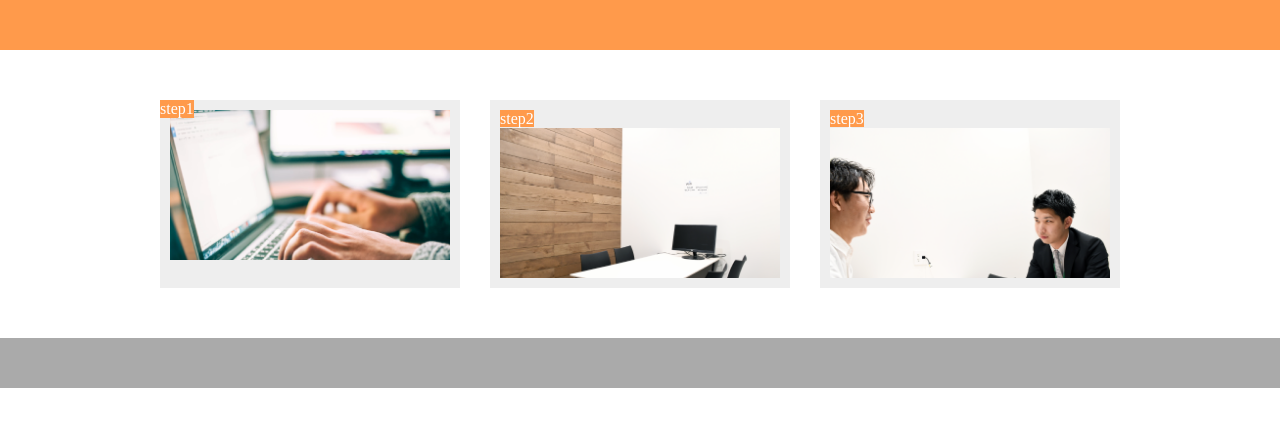
Repository: kiruha313/DWC
Page: exersise9/index.html
The author's editor kept a record of every edit. The page is drawn from the files as they stood at one moment, then again after the next edit.
The browser window is 1280 px wide. The pictures show the whole page.

Above is the page before.

### exersise9/index.html
<!DOCTYPE html>
<html lang="ja">
  <head>
    <meta charset="UTF-8" />
    <link rel="stylesheet" href="style.css" />
    <title>9</title>
  </head>

  <body>
    <header class="orange"></header>
    <main>
      <div class="step">
        <div class="step1-img"></div>
        <span class="step1">step1</span>
      </div>

      <div class="step">
        <span class="step2">step2</span>
        <div class="step2-img"></div>
      </div>

      <div class="step">
        <span class="step3">step3</span>
        <div class="step3-img"></div>
      </div>
    </main>

    <div class="gray"></div>

  </body>

</html>

### exersise9/style.css
* {
  margin: 0;
  padding: 0;
  box-sizing: border-box;
  color: #6c6b6b;
}

.orange  {
  background-color: #ff9a4b;
  width: 100%;
  height: 50px;
}

main {
  width: 960px;
  margin: 50px auto;
  display: flex;
}

.step {
  width: 300px;
  margin-right: 30px;
  padding: 10px;
  position: relative;
  background-color: #eee;
}

.step:last-child {
  margin-right: 0;
}

.step1 {
  position: absolute;
  top: 0;
  left: 0;
  color: #fff;
  background-color: #ff9a4b;
}

.step1-img {
  height: 150px;
  background-image: url(img/flow01.png);
  background-size: cover;

}

.step2 {
  color: #fff;
  background-color: #ff9a4b;
}

.step2-img {
  height: 150px;
  background-image: url(img/flow02.png);
  background-size: cover;

}

.step3 {
  color: #fff;
  background-color: #ff9a4b;
}

.step3-img {
  height: 150px;
  background-image: url(img/flow03.png);
  background-size: cover;

}

.gray {
  background-color: #aaaaaa;
  width: 100%;
  height: 50px;
}

After the next edit:
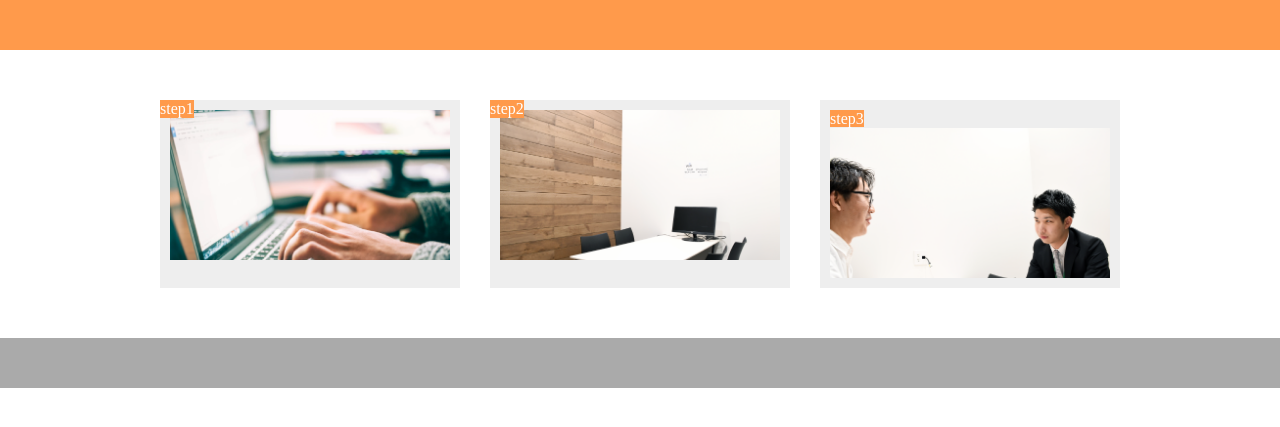
The edit:
--- a/exersise9/style.css
+++ b/exersise9/style.css
@@ -45,6 +45,10 @@
 }
 
 .step2 {
+  position: absolute;
+  top: 0;
+  left: 0;
+  color: #fff;
   color: #fff;
   background-color: #ff9a4b;
 }
